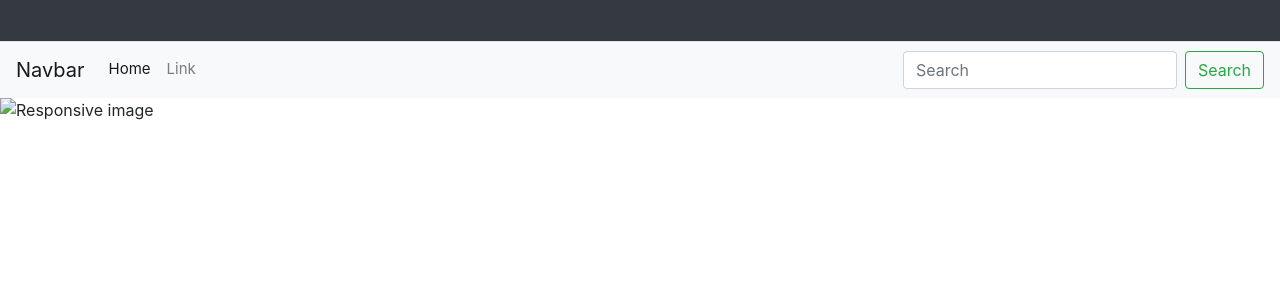
Repository: Alaa-OmarAlshobaki/portfolio
Page: index.html
An editor plug-in stored every save of this project. The page is shown before and after the next save, followed by the edit.
The browser window is 1280 px wide. The pictures show the whole page.
Some web fonts or font styles are not loaded; a fallback is used.

Above is the page before, as saved 2020-03-11 22:54:24.

After the next save:
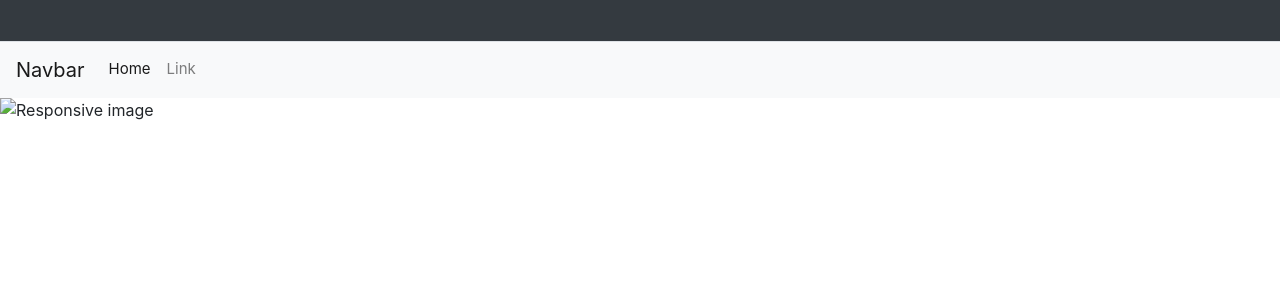
Saved 11 s later.
--- a/index.html
+++ b/index.html
@@ -67,10 +67,7 @@
           </li>
 
         </ul>
-        <form class="form-inline my-2 my-lg-0">
-          <input class="form-control mr-sm-2" type="search" placeholder="Search">
-          <button class="btn btn-outline-success my-2 my-sm-0" type="submit">Search</button>
-        </form>
+
       </div>
     </nav>
   </header>
